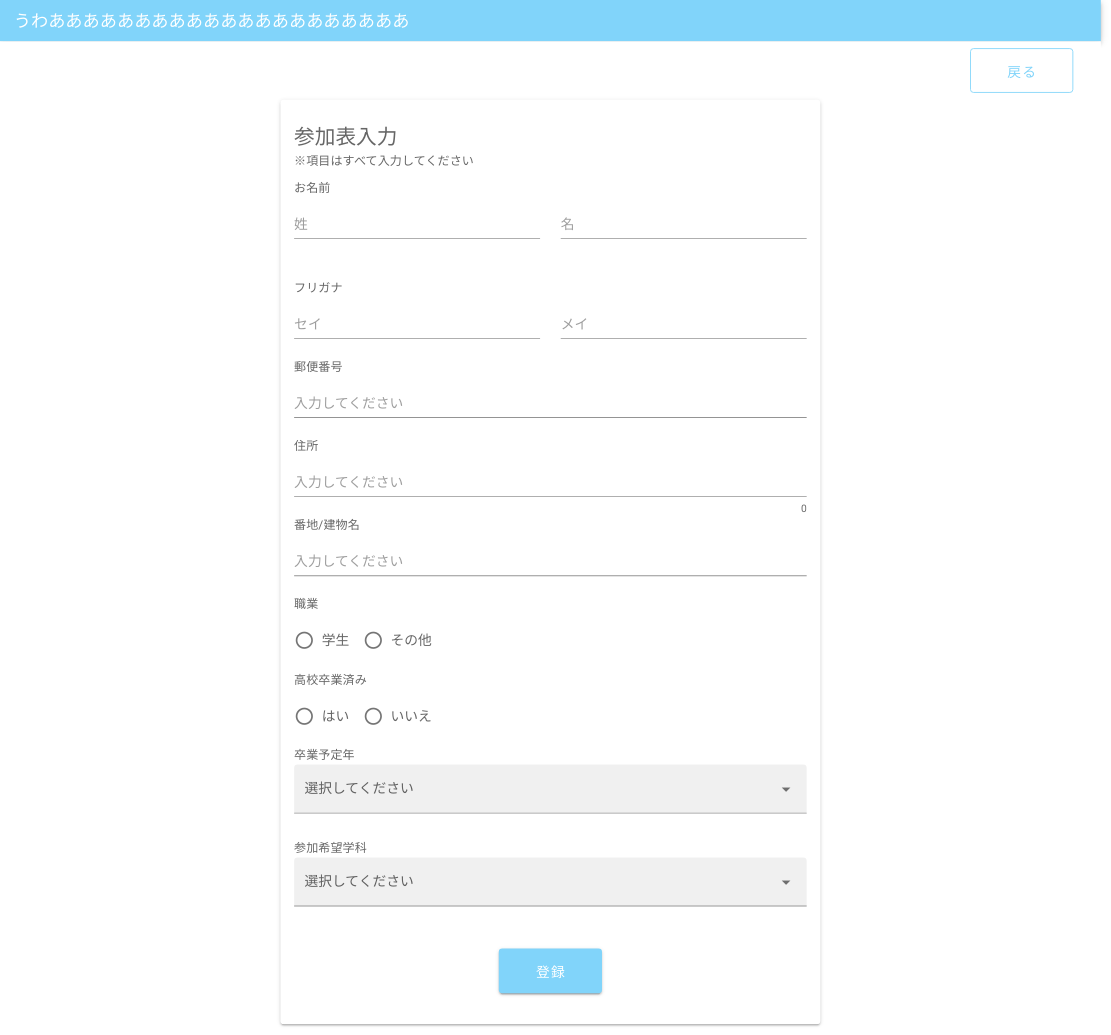
Repository: taniwhy/open-campus-system
Page: /#/register (app in client_view/)
An editor plug-in stored every save of this project. The page is shown before and after the next save, followed by the edit.
The browser window is 1280 px wide. The page is 1292 px wide, so the pictures cover 1292 px, including what lies to the right of the window. The pictures show the whole page, at 86% of full size.
The project was rebuilt for these pictures with package versions that can differ from the ones it lists, and the page was loaded fresh each time. Also part of the build but not shown: client_view/vue.config.js, client_view/src/components/Home.vue, client_view/src/components/Login.vue, client_view/src/components/Branch.vue.

Above is the page before, as saved 2019-11-28 12:27:05.

### client_view/public/index.html
<!DOCTYPE html>
<html lang="en">
  <head>
    <meta charset="utf-8">
    <meta http-equiv="X-UA-Compatible" content="IE=edge">
    <meta name="viewport" content="width=device-width,initial-scale=1.0">
    <link rel="icon" href="<%= BASE_URL %>favicon.ico">
    <title>client_view</title>
    <link rel="stylesheet" href="https://fonts.googleapis.com/css?family=Roboto:100,300,400,500,700,900">
    <link rel="stylesheet" href="https://cdn.jsdelivr.net/npm/@mdi/font@latest/css/materialdesignicons.min.css">
  </head>
  <body>
    <noscript>
      <strong>We're sorry but client_view doesn't work properly without JavaScript enabled. Please enable it to continue.</strong>
    </noscript>
    <div id="app"></div>
    <!-- built files will be auto injected -->
  </body>
</html>

### client_view/src/main.js
import Vue from 'vue'
import App from './App.vue'
import router from './router'
import store from './store'
import vuetify from './plugins/vuetify';

Vue.config.productionTip = false

new Vue({
    router,
    store,
    vuetify,
    render: h => h(App)
}).$mount('#app')

### client_view/src/App.vue
<template>
  <v-app>
    <div>
      <v-app-bar color="light-blue lighten-3" dense dark>

        <v-toolbar-title>うわあああああああああああああああああああああ</v-toolbar-title>

      </v-app-bar>
    </div>
    <v-content>
      <router-view></router-view>
    </v-content>
  </v-app>
</template>

<script>
export default {
  name: "App",

  components: {},

  data: () => ({
    //
  })
};
</script>

### client_view/src/router/index.js
import Vue from 'vue'
import VueRouter from 'vue-router'
import Home from '../components/Home.vue'
import Login from '../components/Login.vue'
import Branch from '../components/Branch.vue'
import Register from '../components/Register.vue'

Vue.use(VueRouter)

const routes = [{
        path: '/',
        name: 'home',
        component: Home
    },
    {
        path: '/login',
        name: 'login',
        component: Login
    },
    {
        path: '/branch',
        name: 'branch',
        component: Branch
    },
    {
        path: '/register',
        name: 'register',
        component: Register
    },
]

const router = new VueRouter({
    routes
})

export default router

### client_view/src/components/Register.vue
<template>
  <v-app>
    <v-container fluid>
      <v-row>
        <v-col>
          <v-row align="center" justify="end" style="width: 100%;">
            <v-btn
              x-large
              flat
              to="/Branch"
              class="ma-2"
              outlined
              color="light-blue lighten-3"
              width="120px"
            >戻る</v-btn>
          </v-row>
        </v-col>
      </v-row>
    </v-container>

    <v-row justify="center">
      <v-col cols="12" sm="10" md="8" lg="6">
        <v-card ref="form">
          <v-card-text>
            <v-list-item-content>
              <v-list-item-title class="headline mb-1">参加表入力</v-list-item-title>
              <v-list-item-subtitle>※項目はすべて入力してください</v-list-item-subtitle>
            </v-list-item-content>
            <v-row>
              <v-col>
                お名前
                <v-text-field
                  ref="name"
                  v-model="name"
                  :rules="[
              () => !!name || '※入力されていません',
              () => !!name && name.length <= 15 || '※15文字以内で入力してください',
              ]"
                  :error-messages="errorMessages"
                  placeholder="姓"
                  required
                  width="100px"
                ></v-text-field>
              </v-col>
              <v-col>
                <br />
                <v-text-field
                  ref="name"
                  v-model="name"
                  :rules="[
              () => !!name || '※入力されていません',
              () => !!name && name.length <= 15 || '※15文字以内で入力してください',
              ]"
                  :error-messages="errorMessages"
                  placeholder="名"
                  required
                ></v-text-field>
              </v-col>
            </v-row>
            <v-row>
              <v-col>
                フリガナ
                <v-text-field
                  ref="name"
                  v-model="name"
                  :rules="[
              () => !!name || '※入力されていません',
              () => !!name && name.length <= 15 || '※15文字以内で入力してください',
              ]"
                  :error-messages="errorMessages"
                  placeholder="セイ"
                  required
                ></v-text-field>
              </v-col>
              <v-col>
                <br />
                <v-text-field
                  ref="name"
                  v-model="name"
                  :rules="[
              () => !!name || '※入力されていません',
              () => !!name && name.length <= 15 || '※15文字以内で入力してください',
              ]"
                  :error-messages="errorMessages"
                  placeholder="メイ"
                  required
                ></v-text-field>
              </v-col>
            </v-row>郵便番号
            <v-text-field
              v-model="post"
              :rules="[
              () => !!post || '※入力されていません',
              () => post.match(/^\d+$/) || '半角数字のみを入力してください',
              () => post.length == 7 || '※7桁で入力してください',
              ]"
              required
              placeholder="入力してください"
            ></v-text-field>住所
            <v-text-field
              v-model="address"
              :rules="[
              () => !!address || '※入力されていません',
              () => !!address && address.length <= 32 || '※32文字以内で入力してください',
            ]"
              placeholder="入力してください"
              counter
              required
            ></v-text-field>番地/建物名
            <v-text-field
              ref="zip"
              v-model="zip"
              :rules="[
              () => !!zip || '※入力されていません',
              () => !!zip && zip.length <= 32 || '※32文字以内で入力してください',
            ]"
              required
              placeholder="入力してください"
            ></v-text-field>職業
            <v-radio-group v-model="row" row>
              <v-radio label="学生" value="radio-1" @change="student_check = !student_check"></v-radio>
              <v-radio label="その他" value="radio-2" @change="student_check = !student_check"></v-radio>
            </v-radio-group>
            <div v-if="student_check">
              学年
              <v-select :items="gakunen_items" filled label="選択してください"></v-select>卒業予定年
              <v-select :items="yotei_items" filled label="選択してください"></v-select>
            </div>
            <div v-if="!student_check">
              高校卒業済み
              <v-radio-group v-model="row" row>
              <v-radio label="はい" value="radio-1" @change="student_check = !student_check"></v-radio>
              <v-radio label="いいえ" value="radio-2" @change="student_check = !student_check"></v-radio>
            </v-radio-group>卒業予定年
              <v-select :items="yotei_items" filled label="選択してください"></v-select>
            </div>参加希望学科
            <v-select :items="gakka_items" filled label="選択してください"></v-select>
            <v-card-actions>
              <v-col align="center" justify="start">
                <v-btn class="white--text" x-large color="light-blue lighten-3" width="120px">登録</v-btn>
              </v-col>
            </v-card-actions>
          </v-card-text>
        </v-card>
      </v-col>
    </v-row>
  </v-app>
</template>

<script>
export default {
  name: "Register",
  data: () => ({
    student_check: false,
    gakunen_items: ["1学年", "2学年", "3学年", "4学年"],
    yotei_items: ["2020年", "2021年", "2022年", "2023年"],
    gakka_items: [
      "医療福祉事務学科",
      "診療情報管理士学科",
      "ホテルブライダル学科",
      "経営アシスト学科",
      "公務員・公務員速修学科",
      "保育学科",
      "情報スペシャリスト学科",
      "情報システム学科",
      "ゲームクリエイター・ゲームプログラマー学科",
      "データマーケター学科",
      "ネット動画クリエイター学科",
      "CGデザイン学科"
    ]
  })
};
</script>

Loaded but not shown: client_view/src/store/index.js (common file); client_view/src/plugins/vuetify.js (common file)

After the next save:
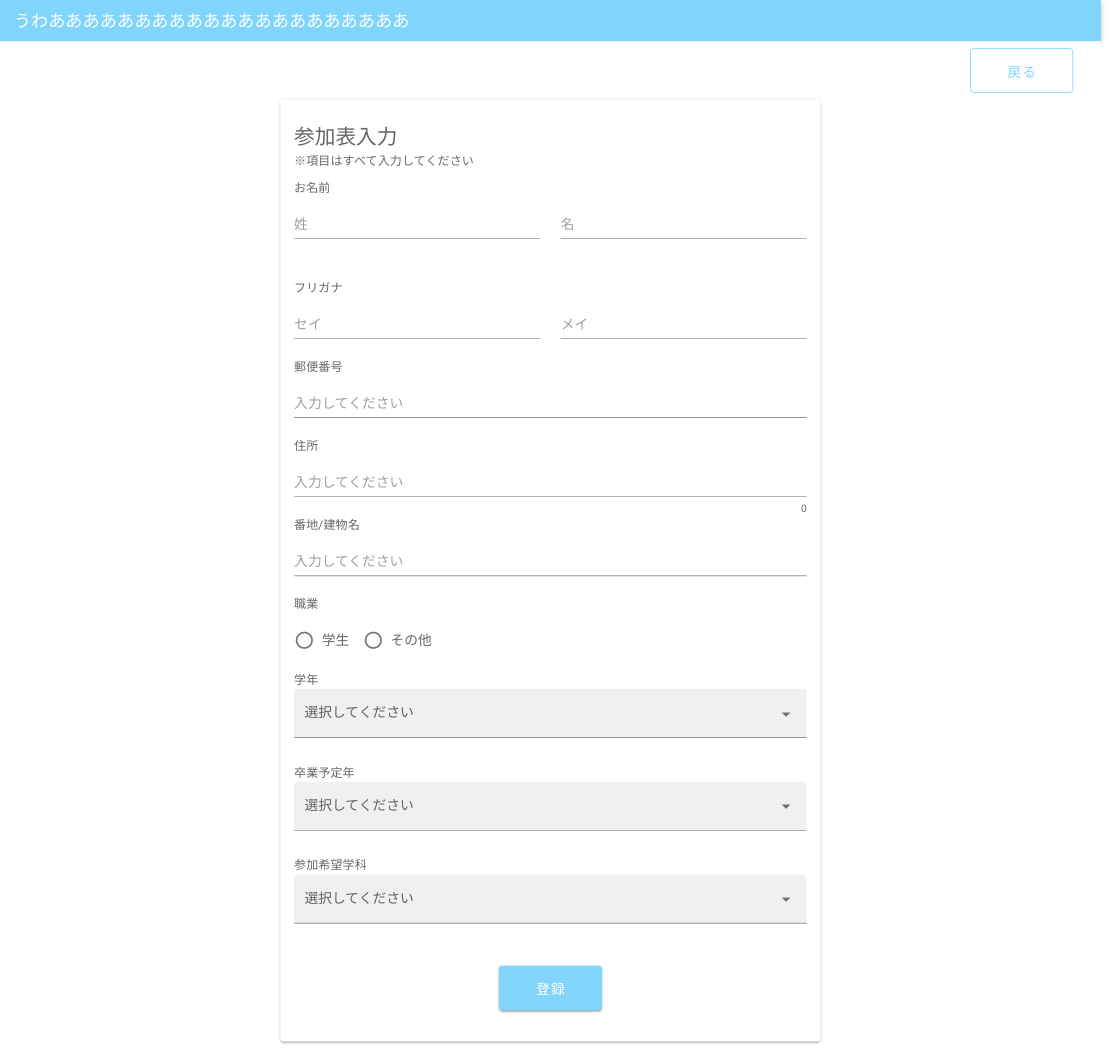
Saved 18 s later.
--- a/client_view/src/components/Register.vue
+++ b/client_view/src/components/Register.vue
@@ -121,12 +121,12 @@
               <v-radio label="学生" value="radio-1" @change="student_check = !student_check"></v-radio>
               <v-radio label="その他" value="radio-2" @change="student_check = !student_check"></v-radio>
             </v-radio-group>
-            <div v-if="student_check">
+            <div v-if="!student_check">
               学年
               <v-select :items="gakunen_items" filled label="選択してください"></v-select>卒業予定年
               <v-select :items="yotei_items" filled label="選択してください"></v-select>
             </div>
-            <div v-if="!student_check">
+            <div v-if="student_check">
               高校卒業済み
               <v-radio-group v-model="row" row>
               <v-radio label="はい" value="radio-1" @change="student_check = !student_check"></v-radio>
